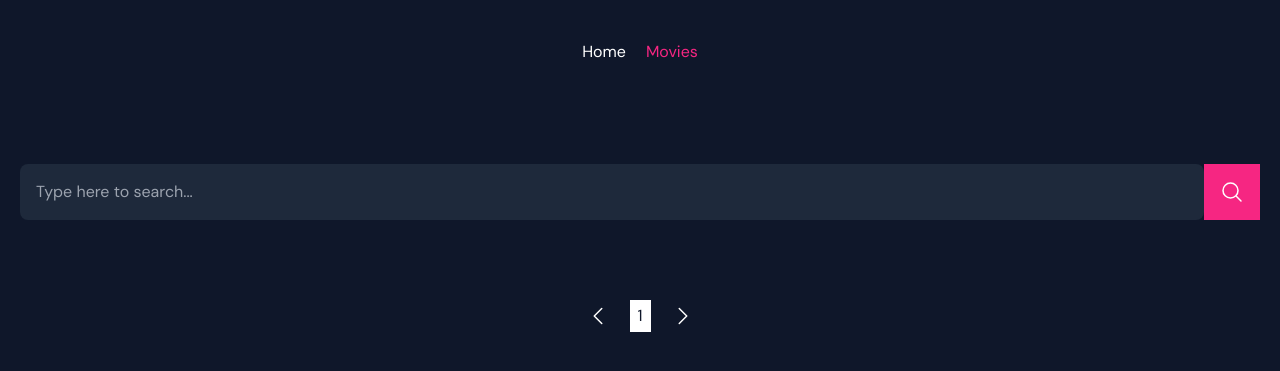
Repository: vophuocthanh/movies
Page: /movies
An editor plug-in stored every save of this project. The page is shown before and after the next save, followed by the edit.
The browser window is 1280 px wide. The pictures show the whole page.
The page's requests for data from a server got no answer. The project was rebuilt for these pictures with package versions that can differ from the ones it lists, and the page was loaded fresh each time. No one was signed in, and anything a server would have sent is missing. Also part of the build but not shown: src/components/banner/Banner.jsx, src/pages/HomePage.jsx, src/components/movie/MovieCard.jsx, src/pages/MovieDetailsPage.jsx. Imported but missing from the stored project, and not drawn on this page: src/components/movie/MovieList.

Above is the page before, as saved 2022-12-05 21:56:57.

After the next save:
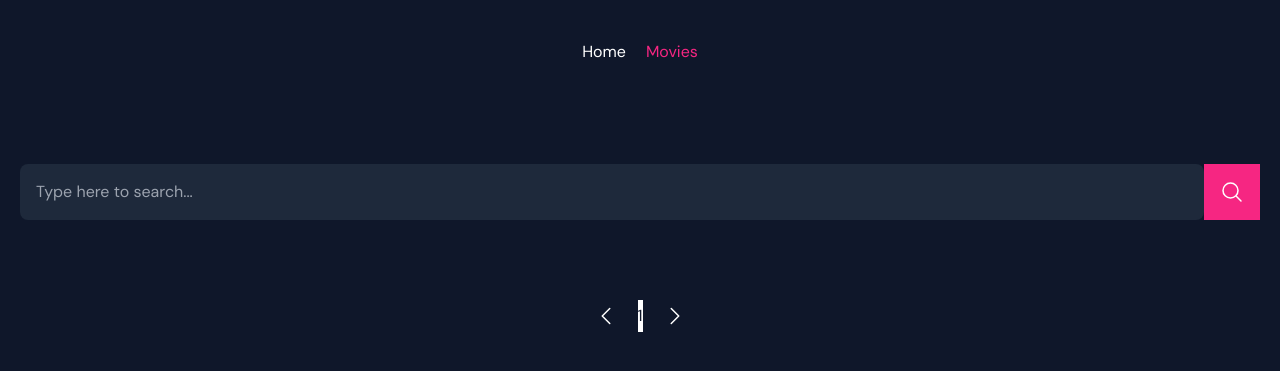
Saved 12 s later.
--- a/src/pages/MoviePage.jsx
+++ b/src/pages/MoviePage.jsx
@@ -85,7 +85,7 @@ const MoviePage = () => {
             />
           </svg>
         </span>
-        <span class="cursor-pointer inline-block p-2 leading-none bg-white text-slate-900">
+        <span class="cursor-pointer inline-block py-2 leading-none bg-white text-slate-900">
           1
         </span>
         <span>
